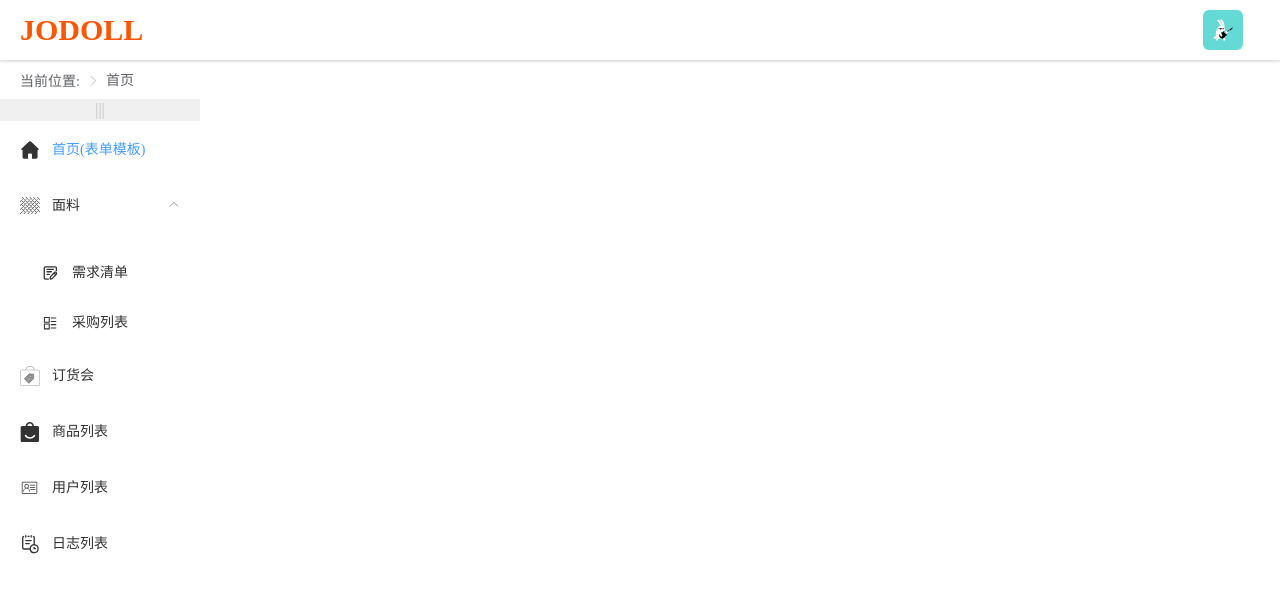
Repository: wangshanghai240/doll-practive
Page: /admin
These files come from the project's save history. The page is drawn as it stood at one moment and after the next save; the edit follows.
The browser window is 1280 px wide. The pictures show the whole page.
The pointer rests on the first visible `.logout .avtor img`.
The project was rebuilt for these pictures with package versions that can differ from the ones it lists, and the page was loaded fresh each time. Also part of the build but not shown: vue.config.js. Imported but missing from the stored project, and not drawn on this page: src/views/admin/ordermeeting/ordermeeting/ordersearch.vue.

Above is the page before, as saved 2021-08-24 11:04:04.

After the next save:
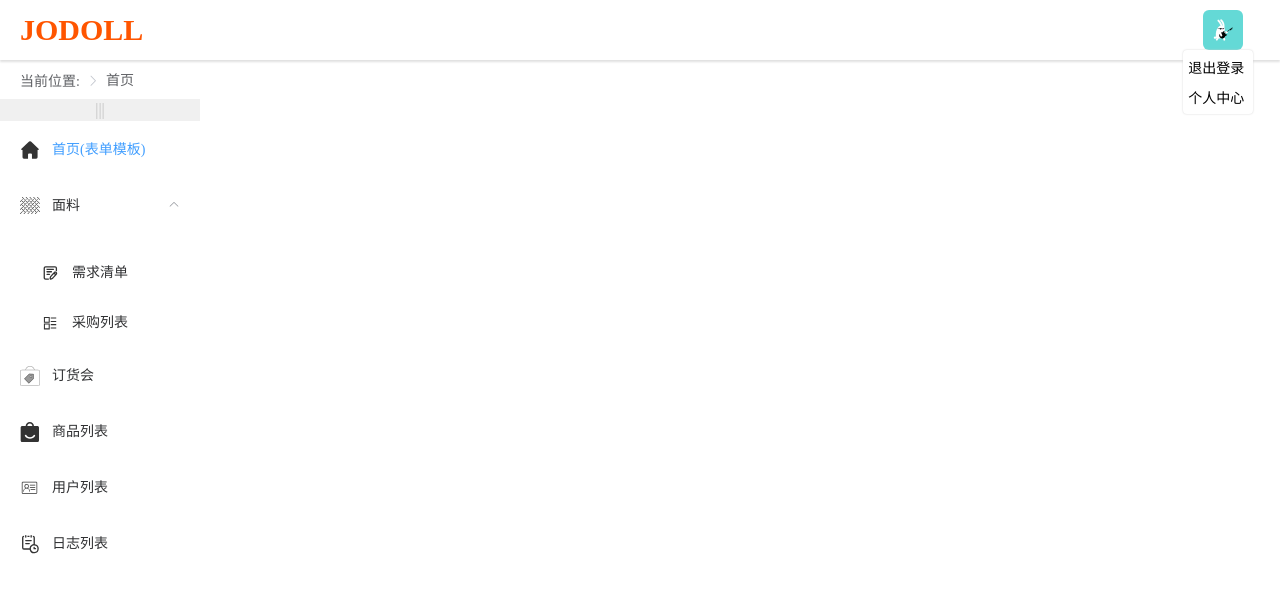
Saved 31 s later.
--- a/src/components/content/Logout.vue
+++ b/src/components/content/Logout.vue
@@ -43,7 +43,7 @@ name:'Logout',
   border-radius:6px;
   cursor:pointer;
 }
-.logout .avtor img:hover .showinfo{
+.logout .avtor img:hover + .showinfo{
   display: block;
 }
 .logout .avtor .showinfo{
